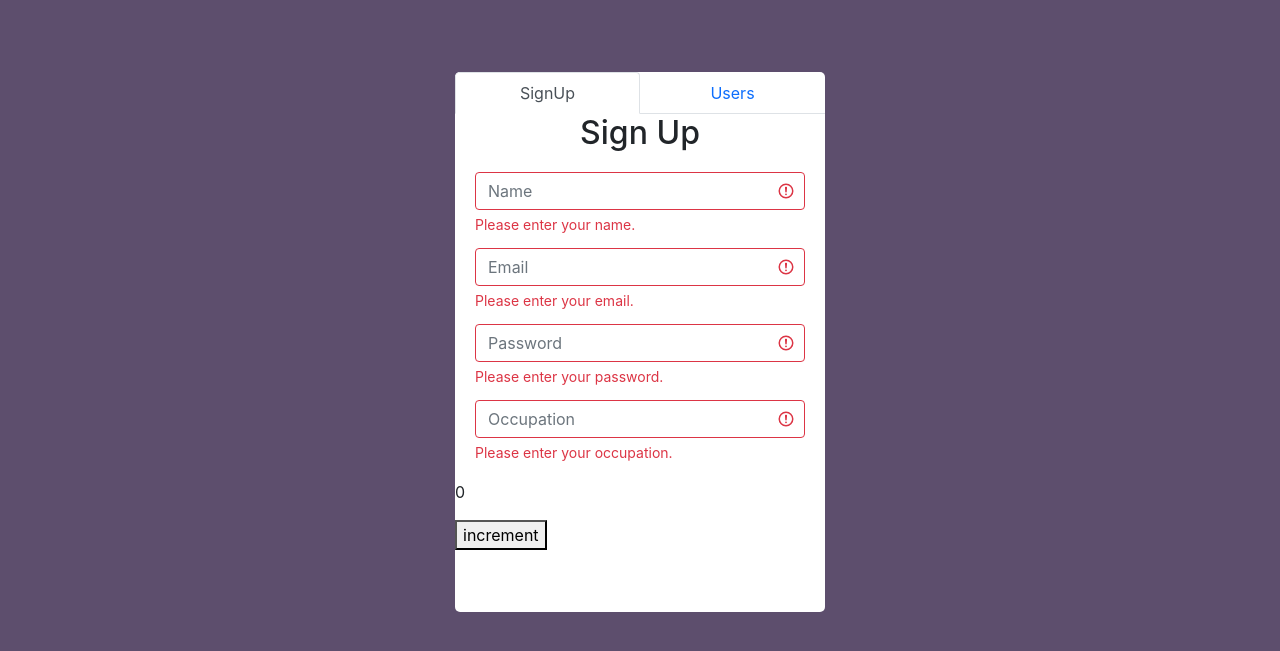
Repository: asadalibest1/SignUp-from
Page: /
An editor plug-in stored every save of this project. The page is shown before and after the next save, followed by the edit.
The browser window is 1280 px wide. The pictures show the whole page.
The project was rebuilt for these pictures with package versions that can differ from the ones it lists, and the page was loaded fresh each time.

Above is the page before, as saved 2021-02-08 12:17:13.

After the next save:
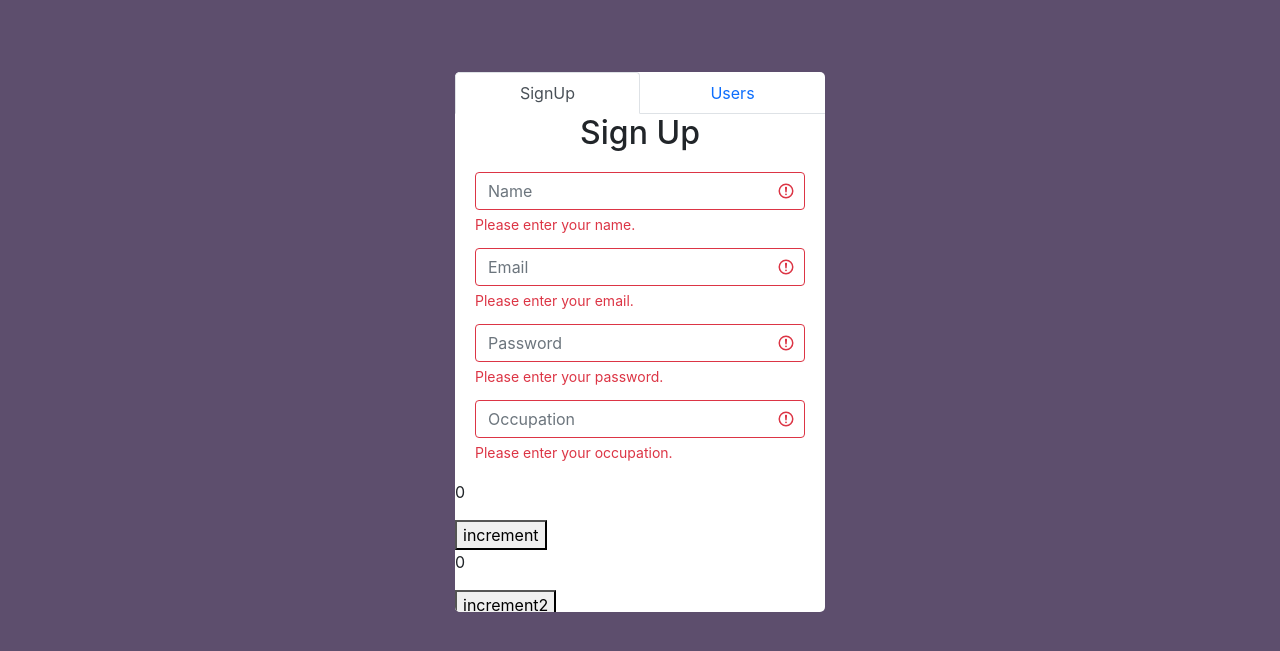
Saved 113 s later.
--- a/src/components/SignUp/SignUp.js
+++ b/src/components/SignUp/SignUp.js
@@ -3,19 +3,21 @@
 
 import { useSelector, useDispatch } from 'react-redux';
 import {
-  // decrement,
   increment,
-  // incrementByAmount,
-  // incrementAsync,
   selectCount,
 } from '../../features/counter/counterSlice';
 
+import {
+  increment2,
+  selectCount2,
+} from '../../features/counter/counterSlice2';
 
 export default function SignUp() {
 
 console.log(increment)
 
   const count = useSelector(selectCount);
+  const count2 = useSelector(selectCount2);
   const dispatch = useDispatch();
 
     return (
@@ -68,6 +70,10 @@
 </form>
 <p>{count}</p>
 <button onClick={() => dispatch(increment(count+1))} >increment</button>
+
+<p>{count2}</p>
+<button onClick={() => dispatch(increment2(count2+1))} >increment2</button>
+
         </div>
     )
 }

After the 6 saves that followed:
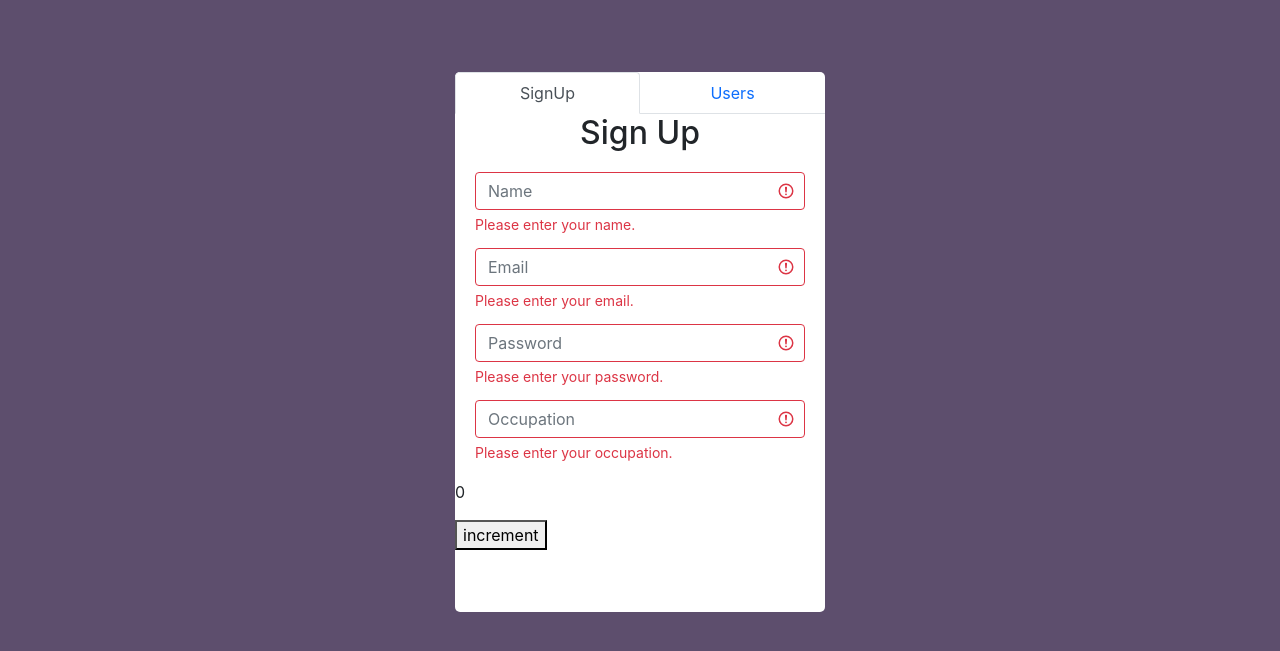
The 6 saves are shown as one change because 1 did not build or start and 4 left the picture as it was.
The last was saved 4 min 28 s later.
--- a/src/features/counter/counterSlice.js
+++ b/src/features/counter/counterSlice.js
@@ -2,12 +2,13 @@ import { createSlice } from '@reduxjs/toolkit';
 
 export const counterSlice = createSlice({
   name: 'counter',
+
   initialState: {
     value: 0,
   },
   reducers: {
     increment: (state, action) => {
-      state.value += action.payload;
+      state.value = action.payload;
     },
     decrement: state => {
       state.value -= 1;
--- a/src/components/SignUp/SignUp.js
+++ b/src/components/SignUp/SignUp.js
@@ -7,17 +7,11 @@
   selectCount,
 } from '../../features/counter/counterSlice';
 
-import {
-  increment2,
-  selectCount2,
-} from '../../features/counter/counterSlice2';
 
 export default function SignUp() {
 
-console.log(increment)
 
   const count = useSelector(selectCount);
-  const count2 = useSelector(selectCount2);
   const dispatch = useDispatch();
 
     return (
@@ -70,10 +64,6 @@
 </form>
 <p>{count}</p>
 <button onClick={() => dispatch(increment(count+1))} >increment</button>
-
-<p>{count2}</p>
-<button onClick={() => dispatch(increment2(count2+1))} >increment2</button>
-
         </div>
     )
 }
--- a/src/features/counter/counterSlice2.js
+++ b/src/features/counter/counterSlice2.js
@@ -19,11 +19,11 @@ export const { increment2} = counterSlice2.actions;
 // can be dispatched like a regular action: `dispatch(incrementAsync(10))`. This
 // will call the thunk with the `dispatch` function as the first argument. Async
 // code can then be executed and other actions can be dispatched
-export const incrementAsync = amount => dispatch => {
-  setTimeout(() => {
-    dispatch(incrementByAmount(amount));
-  }, 1000);
-};
+// export const incrementAsync = amount => dispatch => {
+//   setTimeout(() => {
+//     dispatch(incrementByAmount(amount));
+//   }, 1000);
+// };
 
 // The function below is called a selector and allows us to select a value from
 // the state. Selectors can also be defined inline where they're used instead of
